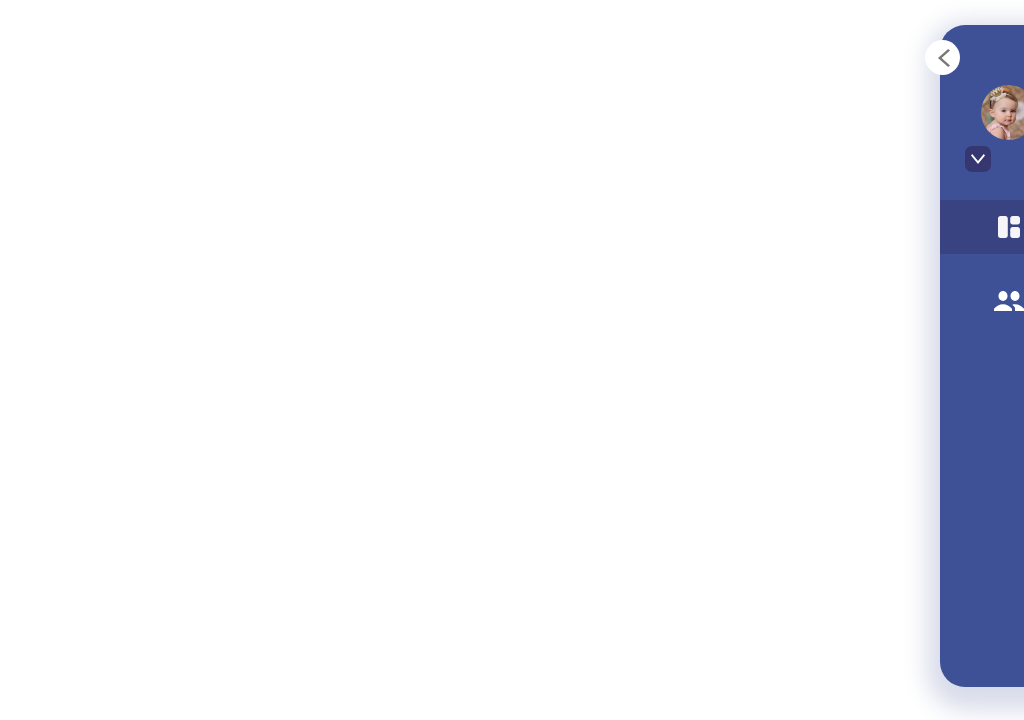
Repository: kosar78/quiz-online
Page: manager-panel-dashbord.html
These files come from the project's save history. The page is drawn as it stood at one moment and after the next save; the edit follows.
The browser window is 1024 px wide. The pictures show the whole page.
After loading, the first visible `div.resize-sidebar` was clicked once.

Above is the page before, as saved 2021-11-09 22:23:04.

### manager-panel-dashbord.html
<!DOCTYPE html>
<html lang="en">
<head>
    <meta charset="UTF-8">
    <meta name="viewport" content="width=device-width, initial-scale=1.0">
    <link rel="stylesheet" href="css/manager-panel.css">
    <link rel="stylesheet" href="bootstrap_files/css/bootstrap.min.css">
    <script type="text/javascript" src="JQuery_file/jQuery.js"></script>
    <script type="text/javascript" src="bootstrap_files/js/bootstrap.min.js"></script>
    <script type="text/javascript" src="js/manager-panel.js"></script>
    <title>پنل مدیر- داشبورد</title>
</head>
<body>
    <div class="container-fluid">
        <div class="row main-row">
            <div class="col-xl-3 col-md-3 sidebar-parent">
                <div class="resize-sidebar">
                    <img class="resize-right show" src="images/right.svg" alt="">
                    <img class="resize-left hide" src="images/left.svg" alt="">
                </div>
                <div class="sidebar">
                    <ul class="user-profile">
                        <li class="user-img">
                            <img src="images/Cute-Kids-Baby-Girl-Toddler-SDL005498623-2-ce2cf.JPEG" alt="">
                        </li>
                        <li class="user-name-phone">
                            <p class="user-name">
                                کوثر حسینی
                            </p>
                            <p class="user-phone">
                                09028888888
                            </p>
                        </li>
                        <li class="manage-profile">
                            <img class="bottom show" src="images/bottom.svg" alt="">
                            <img class="top hide" src="images/top.svg" alt="">
                        </li>
                    </ul>
                    <div class="manage-profile-menubar hide">
                        <div>
                            <ul class="mp-menubar">
                                <li><img src="images/manage-profile-icon.svg" alt="" class="mp-icon"></li>
                                <li class="mp-name">
                                    پروفایل
                                </li>
                            </ul>
                            <ul class="mp-menubar">
                                <li><img src="images/change-pass-icon.svg" alt="" class="mp-icon"></li>
                                <li class="mp-name">
                                    تغییر رمز عبور
                                </li>
                            </ul>
                            <ul class="mp-menubar">
                                <li><img src="images/profile-manage-exit-icon.svg" alt="" class="mp-icon"></li>
                                <li class="mp-name">
                                    خروج
                                </li>
                            </ul>
                        </div>
                    </div>
                    <ul class="sidebar-case active-case dashbord">
                        <div class="v-line"></div>
                        <li class="case-icon">
                            <img src="images/dashbord-icon.svg" alt="">
                        </li>
                        <li class="case-name">
                            داشبورد
                        </li>
                    </ul>
                    <ul class="sidebar-case user-management">
                        <div class="v-line"></div>
                        <li class="case-icon">
                            <img src="images/user-management-icon.svg" alt="">
                        </li>
                        <li class="case-name">
                            مدیریت کاربران
                        </li>

                        <li class="user-mangement-cases-icon">
                            <img id="user-mangement-cases-icon-bottom" class="show" src="images/bottom.svg" alt="">
                            <img id="user-mangement-cases-icon-top" class="hide" src="images/top.svg" alt="">
                        </li>
                    </ul>
                    <div class="user-management-cases hide">
                        <ul class="user-management-case">
                            <li class="umc-icon"><img src="images/teacher-icon-hide.svg" alt=""></li>
                            <li class="umc-name">
                                استاد
                            </li>
                        </ul>
                        <ul class="user-management-case">
                            <li class="umc-icon"><img src="images/student-icon-hide.svg" alt=""></li>
                            <li class="umc-name">
                                دانشجو
                            </li>
                        </ul>
                        <ul class="user-management-case">
                            <li class="umc-icon"><img src="images/course-icon-hide.svg" alt=""></li>
                            <li class="umc-name">
                                درس
                            </li>
                        </ul>
                    </div>
                </div>
            </div>
            <div class="col-xl-9 col-md-9 left-side">

            </div>
        </div>
    </div>
</body>
</html>

### css/manager-panel.css
@font-face {
    font-family: FirstFont;
    src:url(../font/Vazir-Medium.woff2) format('woff2');
    src:url(../font/Vazir-Medium-FD-WOL.woff2) format('woff2');
  }
* {
    margin: 0;
    padding: 0;
    user-select: none;
    -moz-user-select: none;
    -khtml-user-select: none;
    -webkit-user-select: none;
    -o-user-select: none;
    text-align: right;
    text-decoration:none;
}
html body {
    direction: rtl;
    font-family:FirstFont;
    text-align: center;

}

ul li{
    display: inline-block;
    list-style: none;
}
.sidebar-parent{
    padding: 25px;

    position: relative;
}
.main-row{
    padding-right: 15px;
}
.sidebar{
    width: 100%;
    height: 92vh;
    background-color: #3E5196;
    border-radius: 25px;
    box-shadow: 0px 10px 23px 13px rgba(62, 81, 150, 0.2);

}
.resize-sidebar{
    border-radius: 50%;
    width: 35px;
    text-align: center;
    height: 35px;
    position: absolute;
    padding-top: 9px;
    top: 40px;
    background: #fff;
    padding-right: 10px;
    left: 0;
    cursor: pointer;
}
.resize-sidebar img{
    width: 12px;
}
.user-img img{
    width: 55px;
    height: 55px;
    border-radius: 50%;
}
.user-profile{
    padding-right: 15px;
    padding-top: 60px;

}
.user-name-phone p{
    margin-bottom: 0 !important;
    color: #fff;
}
.user-name-phone{
    position: relative;
    top: 12px;
    right: 10px;
    width: 59%;
}
.user-phone{
    font-size: 12px;
}
.user-name{
    /* width: 140px; */
    height: auto;
}
.manage-profile{
    background-color: #363671;
    padding: 8px 6px;
    border-radius: 7px;
    cursor: pointer;
    position: absolute;
    left: 25px;
    top: 100px;
}
.manage-profile img{
    width: 14px;
}
.sidebar-case{
    padding-right: 25px;
    padding-top: 15px;
    padding-bottom: 15px;
    margin-bottom: 0px !important;
    margin-top: 20px;

}
.dashbord{
    margin-top: 60px;
}
.sidebar-case li{
    cursor: pointer;
}
.active-case .v-line{
    background: #fff;
    width: 8px;
    position: absolute;
    height: 54px;
    top: 0;
    right: 0;
}
.active-case{
    background: rgba(54, 54, 113, 0.5);
    position: relative;
}
.case-name{
    width: 64%;
    color: #fff;
    margin-right: 15px;
    font-size: 14px;
}
.user-management .case-name{
    margin-right: 9px;
}
.user-management-case{
    margin-bottom: 0px !important;
    padding: 10px 0;
}
.user-management-case li{
    cursor: pointer;
}
.user-management-case .umc-icon img{
    width: 25px;
}
.user-management-cases{
    padding-right: 65px;
}
.user-management-case .umc-name{
    font-size: 15px;
    color: rgba(255, 255, 255, 0.8);
    padding-right: 12px;
}
.manage-profile-menubar{
    left: 25px;
    margin-top: -25px;
    position: absolute;
    z-index: 1;
}
.manage-profile-menubar div{

    background-color: #363671;
    border-radius: 10px;
    width: max-content;
    transition: all 0.4s cubic-bezier(0.39, 0.58, 0.57, 1);
}
.manage-profile-menubar .mp-menubar{
    margin-bottom: 0;
    padding: 15px;
}
.manage-profile-menubar .mp-name{
    color: #fff;
    font-size: 13px;
    padding-right: 12px;
    padding-left: 25px;
}
.manage-profile-menubar .mp-menubar li{
    cursor: pointer;
}
.user-mangement-cases-icon{
    position: absolute;
    left: 28px;
    margin-top:5px;
}
.hide{
    display: none;
}
.show{
    display: block;
}

.small-sidebar .user-profile {
    padding-right: 10px;
}
.small-sidebar .user-name-phone,
.small-sidebar .case-name,
.small-sidebar .mp-name,
.small-sidebar .umc-name{
    display: none;
}
.small-sidebar .manage-profile{
    left: 40px;
    margin-top: 46px;
}
.small-sidebar .manage-profile-menubar {
    left: 29px;
    margin-top: 6px;
}
.small-sidebar .user-management-cases {
    padding-right: 25px;
}
.small-sidebar .user-mangement-cases-icon{
    display: none;
}

@media(max-width:1199px){
    .user-name-phone{
        display: block;
    }
    .manage-profile-menubar {
        margin-top: -55px;
    }
    .small-sidebar .user-profile,
    .small-sidebar .sidebar-case {
        padding-right: 0px;
        text-align: center;
    }
    .small-sidebar .manage-profile-menubar {
        margin-top: 20px;
    }
}
@media(max-width:880px){
    .user-name-phone .user-name,
    .user-management-case .umc-name{
        font-size: 13px;
    }
    .case-name{
        font-size: 12px;
        margin-right: 7px !important;
    }
    .user-phone {
        font-size: 9px;
    }
    .sidebar-case {
        padding-right: 15px;
    }
    .manage-profile-menubar .mp-menubar{
        padding: 10px;
    }
    .manage-profile-menubar .mp-name{
        padding-left: 15px;
    }
    .user-management-cases {
        padding-right: 50px;
    }
}
@media(min-width:1200px){

}
@media(min-width:1200px){

}

### js/manager-panel.js
$(document).ready(function(){
    $(".manage-profile").click(function(){
        if($(".bottom").hasClass("show")){
            $(".bottom").removeClass("show")
            $(".bottom").addClass("hide")
            $(".top").addClass("show")
            $(".top").removeClass("hide")
            $(".manage-profile-menubar").removeClass("hide")
            $(".manage-profile-menubar").addClass("show")
        }
        else if($(".bottom").hasClass("hide")){
            $(".bottom").removeClass("hide")
            $(".bottom").addClass("show")
            $(".top").addClass("hide")
            $(".top").removeClass("show")
            $(".manage-profile-menubar").removeClass("show")
            $(".manage-profile-menubar").addClass("hide")
        }

    })

    $(".user-management li").click(function(){
        if($("#user-mangement-cases-icon-bottom").hasClass("show")){
            $("#user-mangement-cases-icon-bottom").removeClass("show")
            $("#user-mangement-cases-icon-bottom").addClass("hide")
            $("#user-mangement-cases-icon-top").addClass("show")
            $("#user-mangement-cases-icon-top").removeClass("hide")
            $(".user-management-cases").removeClass("hide")
            $(".user-management-cases").addClass("show")
        }
        else if($("#user-mangement-cases-icon-bottom").hasClass("hide")){
            $("#user-mangement-cases-icon-bottom").removeClass("hide")
            $("#user-mangement-cases-icon-bottom").addClass("show")
            $("#user-mangement-cases-icon-top").addClass("hide")
            $("#user-mangement-cases-icon-top").removeClass("show")
            $(".user-management-cases").removeClass("show")
            $(".user-management-cases").addClass("hide")
        }

    })
    $(".resize-sidebar").click(function(){
        if($(".resize-right").hasClass("show")){
            $(".resize-right").removeClass("show")
            $(".resize-right").addClass("hide")
            $(".resize-left").addClass("show")
            $(".resize-left").removeClass("hide")
            $(".sidebar-parent").removeClass("col-xl-3")
            $(".sidebar-parent").addClass("col-xl-1")
            $(".sidebar-parent").removeClass("col-md-3")
            $(".sidebar-parent").addClass("col-md-2")
            $(".left-side").removeClass("col-xl-9")
            $(".left-side").addClass("col-xl-11")
            $(".left-side").removeClass("col-md-9")
            $(".left-side").addClass("col-md-10")
            $(".sidebar-parent").addClass("small-sidebar")
        }
        else if($(".resize-right").hasClass("hide")){
            $(".resize-right").removeClass("hide")
            $(".resize-right").addClass("show")
            $(".resize-left").addClass("hide")
            $(".resize-left").removeClass("show")
            $(".sidebar-parent").addClass("col-xl-3")
            $(".sidebar-parent").removeClass("col-xl-1")
            $(".sidebar-parent").addClass("col-md-3")
            $(".sidebar-parent").removeClass("col-md-2")
            $(".left-side").addClass("col-xl-9")
            $(".left-side").removeClass("col-xl-11")
            $(".left-side").addClass("col-md-9")
            $(".left-side").removeClass("col-md-10")
            $(".sidebar-parent").removeClass("small-sidebar")
        }

    })

})

Loaded but not shown: bootstrap_files/css/bootstrap.min.css (library); JQuery_file/jQuery.js (library); bootstrap_files/js/bootstrap.min.js (library)

After the next save:
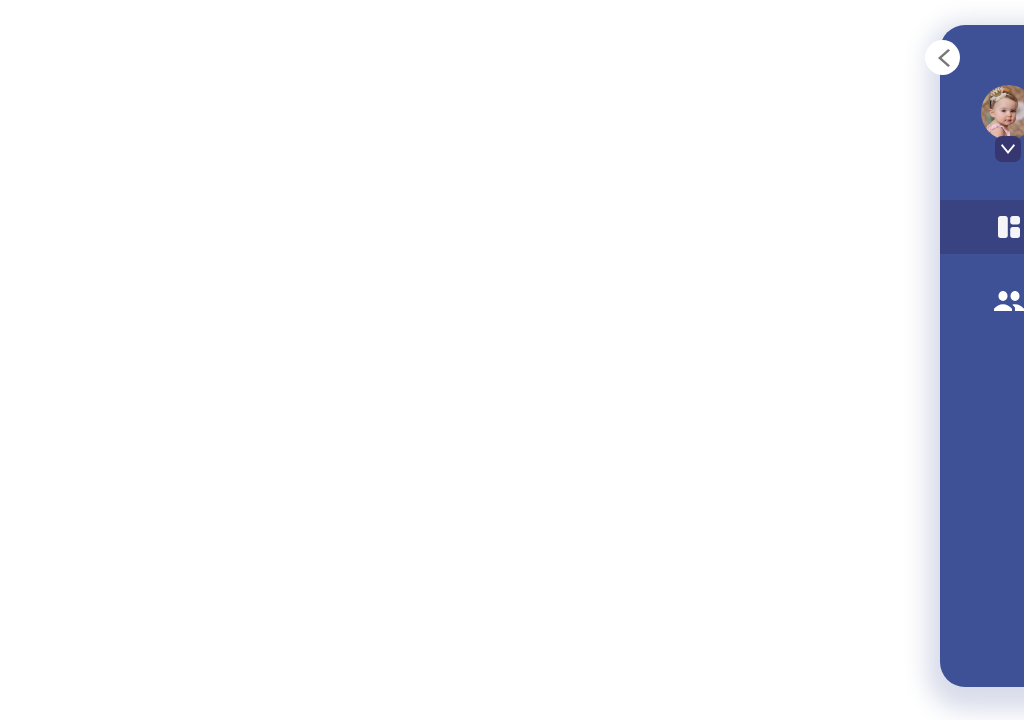
Saved 3 min 20 s later.
--- a/css/manager-panel.css
+++ b/css/manager-panel.css
@@ -226,6 +226,10 @@ ul li{
     .small-sidebar .manage-profile-menubar {
         margin-top: 20px;
     }
+    .small-sidebar .manage-profile {
+        left: 42%;
+        margin-top: 36px;
+    }
 }
 @media(max-width:880px){
     .user-name-phone .user-name,
